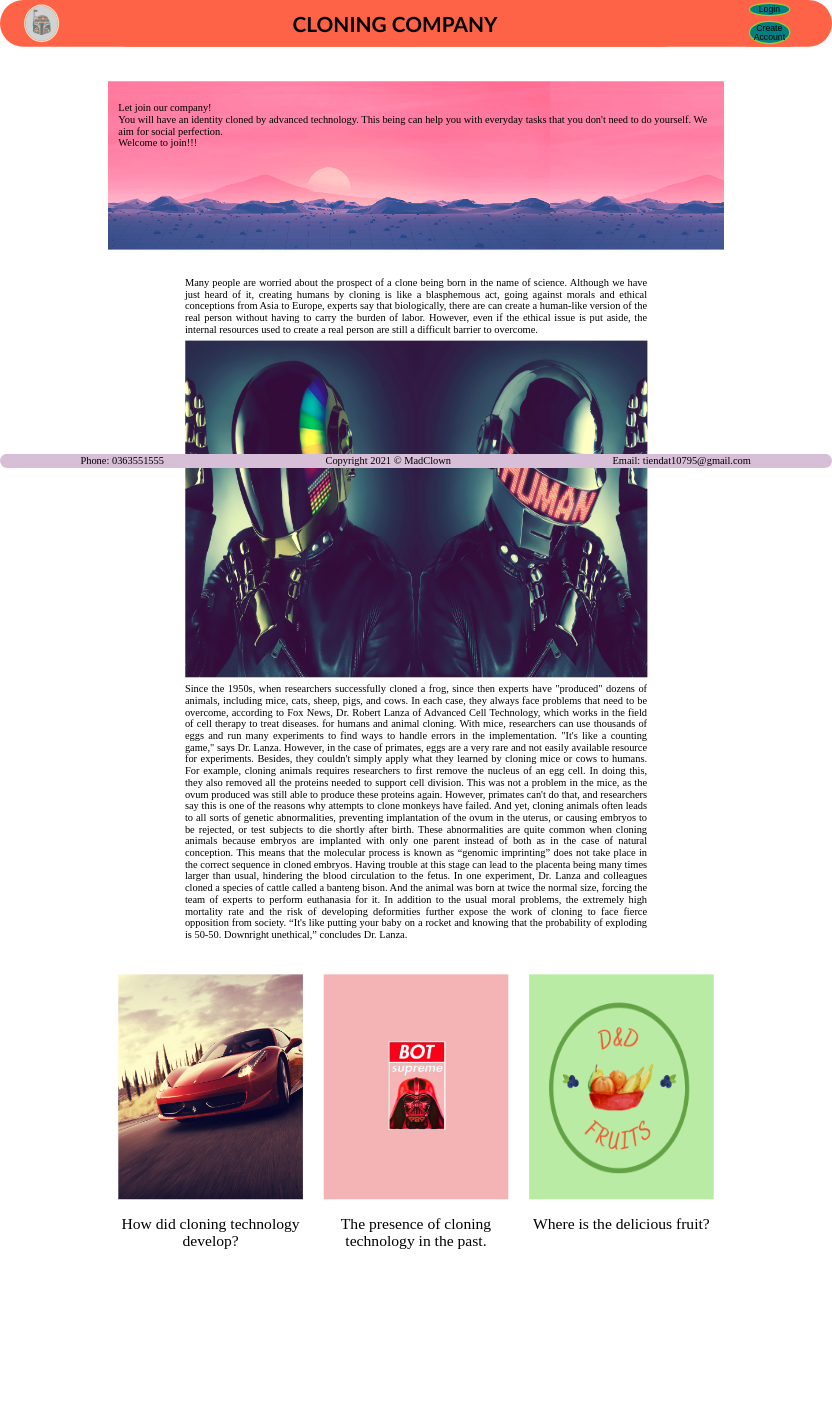
Repository: madd107/demo-form
Page: Assigment_FEE/CaseStudy_1.html
The author's editor kept a copy of each file at every save. The page is drawn from the files as they stood at one save, then again after the next save.
The browser window is 1280 px wide. The pictures show the whole page, at 65% of full size.

Above is the page before, as saved 2021-10-01 02:25:25.

After the next save:
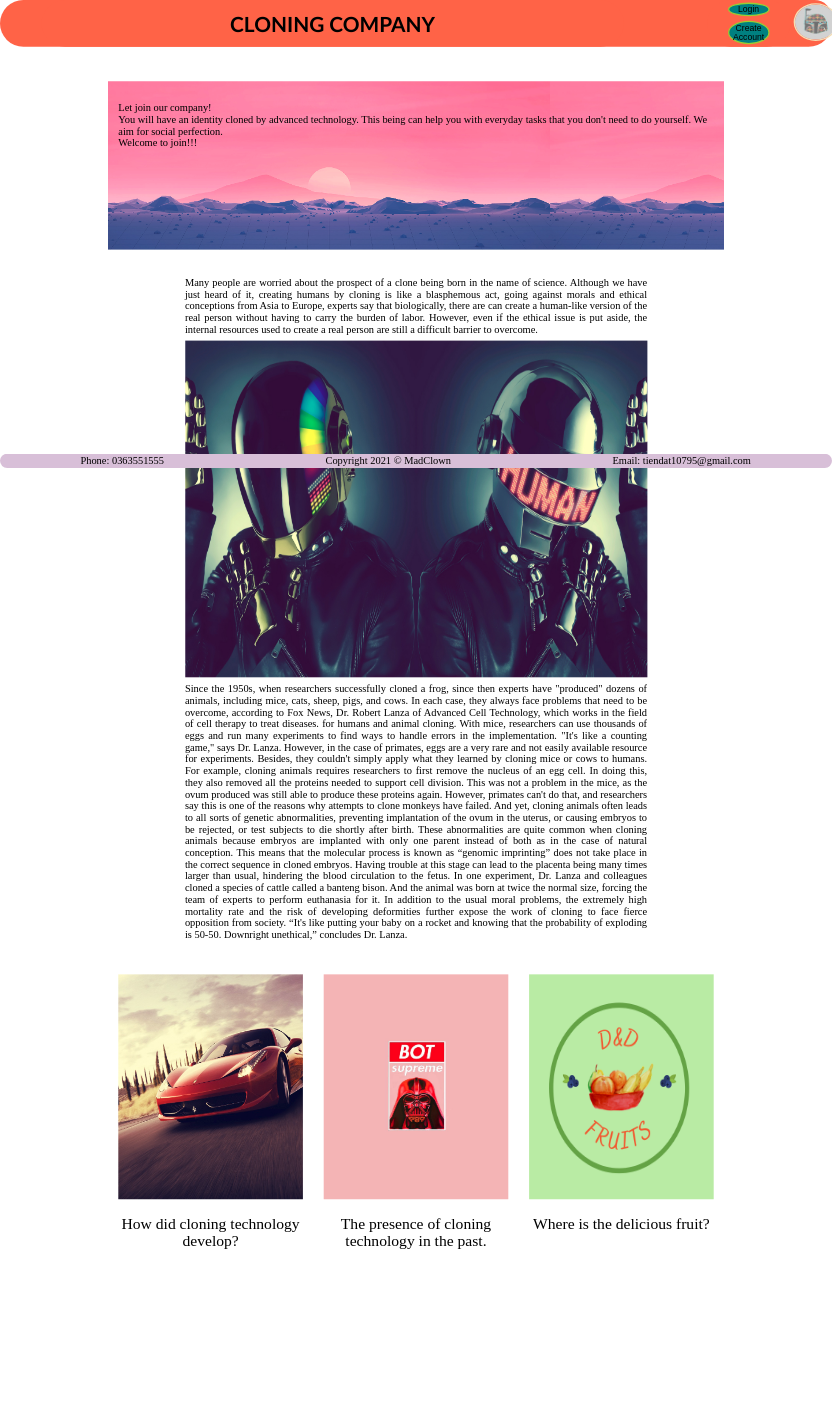
Saved 94 s later.
--- a/Assigment_FEE/css/CaseStudy_1.css
+++ b/Assigment_FEE/css/CaseStudy_1.css
@@ -21,7 +21,7 @@
   margin: auto;
   width: 5%;
   height: 75%;
-  position: relative;
+  position: absolute;
   top: 0;
 }
 .logo img {
@@ -30,6 +30,7 @@
   border-radius: 50%;
   margin: 5px 5px;
   border: wheat solid 2px;
+  position: absolute;
   top: 0;
 }
 .title {
